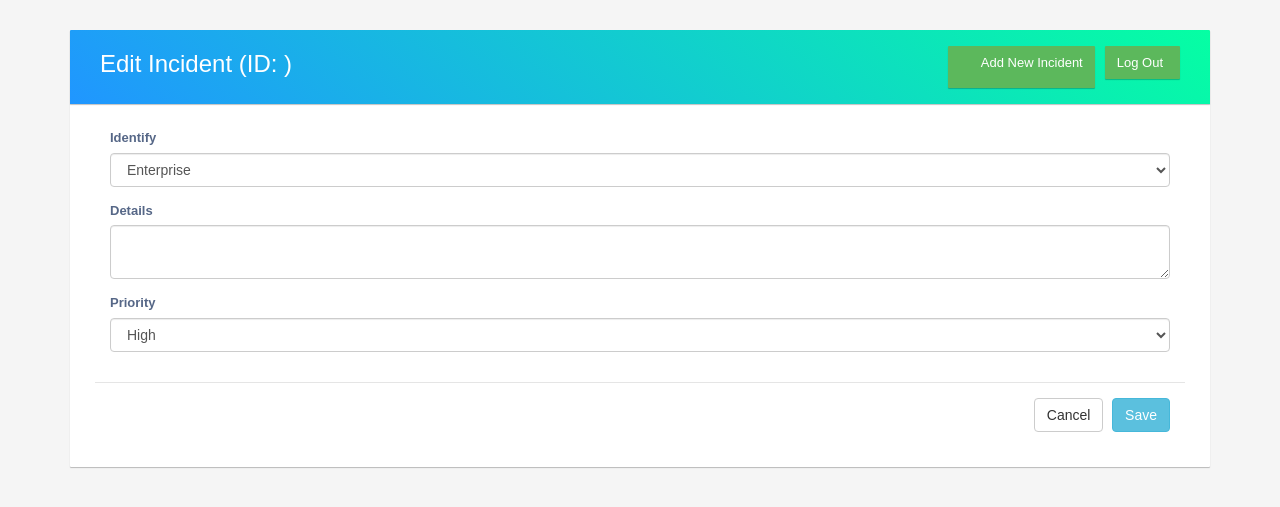
Repository: me-rohit-harsh/incident-management-system
Page: http://localhost/incedentList
These files come from the project's save history. The page is drawn as it stood at one moment and after the next save; the edit follows.
The browser window is 1280 px wide. The pictures show the whole page.
Some web fonts or font styles are not loaded; a fallback is used. The page is this project's Thymeleaf template; nobody is signed in. The template is opened directly, without the code that normally fills it, so the values that code supplies are empty.

Above is the page before, as saved 2024-05-05 08:43:19.

### incident/src/main/resources/templates/incedentList.html
<!DOCTYPE html>
<html lang="en">

<head>
<meta charset="utf-8" />
<meta http-equiv="X-UA-Compatible" content="IE=edge" />
<meta name="viewport" content="width=device-width, initial-scale=1" />
<title>Incidents Dashboard</title>
<link rel="stylesheet"
	href="https://fonts.googleapis.com/css?family=Roboto|Varela+Round" />
<link rel="stylesheet"
	href="https://fonts.googleapis.com/icon?family=Material+Icons" />
<link rel="stylesheet"
	href="https://maxcdn.bootstrapcdn.com/font-awesome/4.7.0/css/font-awesome.min.css" />
<link rel="stylesheet"
	href="https://maxcdn.bootstrapcdn.com/bootstrap/3.3.7/css/bootstrap.min.css" />
<script
	src="https://ajax.googleapis.com/ajax/libs/jquery/1.12.4/jquery.min.js"></script>
<script
	src="https://maxcdn.bootstrapcdn.com/bootstrap/3.3.7/js/bootstrap.min.js"></script>
<link th:href="@{/css/style.css}" rel="stylesheet">


</head>

<body>
	<div class="container">
		<div th:if="${message}" class="alert" th:classappend="${alertClass}">
			<p th:text="${message}"></p>
		</div>
		<div class="table-wrapper">
			<div class="table-title">
				<div class="row">
					<div class="col-sm-6">
						<h2>
							Edit Incident (ID: <b ></b>)
						</h2>
					</div>
					<div class="col-sm-6">
						<form th:action="@{/logout}" method="post">
							<button type="submit" class="btn btn-success">
								<i class="fa-solid fa-right-from-bracket"></i> <span>Log
									Out</span>
							</button>
						</form>

						<a href="#addEmployeeModal" class="btn btn-success"
							data-toggle="modal"><i class="material-icons">&#xE147;</i> <span>Add
								New Incident</span></a>

					</div>
				</div>
			</div>
			<!-- Edit Modal HTML -->

			<form th:action="@{/editIncident}" th:object="${incident}"
				method="post">
				<!-- <div class="modal-header">
					<h4 class="modal-title">

					</h4>
				</div> -->
				<div class="modal-body">
					<input type="hidden" name="id" />
					<div class="form-group">
						<label>Identify</label> <select class="form-control"
								id="identity" name="identify">
								<option value="Enterprise">Enterprise</option>
								<option value="Government">Government</option>
							</select>
					</div>
					<div class="form-group">
						<label>Details</label>
						<textarea class="form-control" name="details" required
						></textarea>
					</div>
					<div class="form-group">
						<label>Priority</label> <select class="form-control"
							name="priority">
							<option value="High">High</option>
							<option value="Medium">Medium</option>
							<option value="Low">Low</option>
						</select>
					</div>
				</div>
				<div class="modal-footer">
					<button type="button" class="btn btn-default" data-dismiss="modal">Cancel</button>
					<button type="submit" class="btn btn-info">Save</button>
				</div>
			</form>






		</div>
	</div>
	<!-- Edit Modal HTML -->
	<div id="addEmployeeModal" class="modal fade">
		<div class="modal-dialog">
			<div class="modal-content">
				<form th:action="@{/addIncident}" th:object="${incident}"
					method="post">
					<div class="modal-header">
						<h4 class="modal-title">Add Incidents</h4>
						<button type="button" class="close" data-dismiss="modal"
							aria-hidden="true">&times;</button>
					</div>
					<div class="modal-body">
						<div class="form-group">
							<label>Details</label>
							<textarea class="form-control" required name="details"></textarea>
						</div>
						<div class="form-group">
							<label>Identify</label> <select class="form-control"
								id="identity" name="identify">
								<option value="Enterprise">Enterprise</option>
								<option value="Government">Government</option>
							</select>
						</div>
						<div class="form-group">
							<label>Priority</label> <select class="form-control"
								id="identity" name="priority">
								<option value="High">High</option>
								<option value="Medium">Medium</option>
								<option value="Low">Low</option>
							</select>
						</div>

					</div>
					<div class="modal-footer">
						<input type="button" class="btn btn-default" data-dismiss="modal"
							value="Cancel" /> <input type="submit" class="btn btn-success"
							value="Add" />
					</div>
				</form>
			</div>
		</div>
	</div>

</body>

</html>

### incident/src/main/resources/static/css/style.css


        body {
            color: #566787;
            background: #f5f5f5;
            font-family: "Varela Round", sans-serif;
            font-size: 13px;
        }

        .table-wrapper {
            background: #fff;
            padding: 20px 25px;
            margin: 30px 0;
            border-radius: 1px;
            box-shadow: 0 1px 1px rgba(0, 0, 0, 0.247);
        }

        .table-title {
            padding-bottom: 15px;
            background: linear-gradient(40deg, #2096ff, #05ffa3) !important;
            color: #fff;
            padding: 16px 30px;
            margin: -20px -25px 10px;
            border-radius: 1px 1px 0 0;
            box-shadow: 0 1px 1px rgba(0, 0, 0, 0.247);
        }

        .table-title h2 {
            margin: 5px 0 0;
            font-size: 24px;
        }

        .table-title .btn-group {
            float: right;
        }

        .table-title .btn {
            color: #fff;
            float: right;
            font-size: 13px;
            border: none;
            min-width: 50px;
            border-radius: 1px;
            border: none;
            outline: none !important;
            margin-left: 10px;
            box-shadow: 0 1px 1px rgba(0, 0, 0, 0.247);
        }

        .table-title .btn i {
            float: left;
            font-size: 21px;
            margin-right: 5px;
        }

        .table-title .btn span {
            float: left;
            margin-top: 2px;
        }

        table.table tr th,
        table.table tr td {
            border-color: #e9e9e9;
            padding: 12px 15px;
            vertical-align: middle;
        }

        table.table tr th:first-child {
            width: 60px;
        }

        table.table tr th:last-child {
            width: 100px;
        }

        table.table-striped tbody tr:nth-of-type(odd) {
            background-color: #fcfcfc;
        }

        table.table-striped.table-hover tbody tr:hover {
            background: #f5f5f5;
        }

        table.table th i {
            font-size: 13px;
            margin: 0 5px;
            cursor: pointer;
        }

        table.table td:last-child i {
            opacity: 0.9;
            font-size: 22px;
            margin: 0 5px;
        }

        table.table td a {
            font-weight: bold;
            color: #566787;
            display: inline-block;
            text-decoration: none;
            outline: none !important;
        }

        table.table td a:hover {
            color: #2196f3;
        }

        table.table td a.edit {
            color: #ffc107;
        }

        table.table td a.delete {
            color: #f44336;
        }

        table.table td i {
            font-size: 19px;
        }

        table.table .avatar {
            border-radius: 1px;
            vertical-align: middle;
            margin-right: 10px;
        }

        .pagination {
            float: right;
            margin: 0 0 5px;
        }

        .pagination li a {
            border: none;
            font-size: 13px;
            min-width: 30px;
            min-height: 30px;
            color: #999;
            margin: 0 2px;
            line-height: 30px;
            border-radius: 1px !important;
            text-align: center;
            padding: 0 6px;
        }

        .pagination li a:hover {
            color: #666;
        }

        .pagination li.active a,
        .pagination li.active a.page-link {
            background: #03a9f4;
        }

        .pagination li.active a:hover {
            background: #0397d6;
        }

        .pagination li.disabled i {
            color: #ccc;
        }

        .pagination li i {
            font-size: 16px;
            padding-top: 6px;
        }

        .hint-text {
            float: left;
            margin-top: 10px;
            font-size: 13px;
        }

        /* Custom checkbox */
        .custom-checkbox {
            position: relative;
        }

        .custom-checkbox input[type="checkbox"] {
            opacity: 0;
            position: absolute;
            margin: 5px 0 0 3px;
            z-index: 9;
        }

        .custom-checkbox label:before {
            width: 18px;
            height: 18px;
        }

        .custom-checkbox label:before {
            content: "";
            margin-right: 10px;
            display: inline-block;
            vertical-align: text-top;
            background: white;
            border: 1px solid #bbb;
            border-radius: 1px;
            box-sizing: border-box;
            z-index: 2;
        }

        .custom-checkbox input[type="checkbox"]:checked+label:after {
            content: "";
            position: absolute;
            left: 6px;
            top: 3px;
            width: 6px;
            height: 11px;
            border: solid #000;
            border-width: 0 3px 3px 0;
            transform: inherit;
            z-index: 3;
            transform: rotateZ(45deg);
        }

        .custom-checkbox input[type="checkbox"]:checked+label:before {
            border-color: #03a9f4;
            background: #03a9f4;
        }

        .custom-checkbox input[type="checkbox"]:checked+label:after {
            border-color: #fff;
        }

        .custom-checkbox input[type="checkbox"]:disabled+label:before {
            color: #b8b8b8;
            cursor: auto;
            box-shadow: none;
            background: #ddd;
        }

        /* Modal styles */
        .modal .modal-dialog {
            max-width: 400px;
        }

        .modal .modal-header,
        .modal .modal-body,
        .modal .modal-footer {
            padding: 20px 30px;
        }

        .modal .modal-content {
            border-radius: 1px;
        }

        .modal .modal-footer {
            background: #ecf0f1;
            border-radius: 0 0 1px 1px;
        }

        .modal .modal-title {
            display: inline-block;
        }

        .modal .form-control {
            border-radius: 1px;
            box-shadow: none;
            border-color: #dddddd;
        }

        .modal textarea.form-control {
            resize: vertical;
        }

        .modal .btn {
            border-radius: 1px;
            min-width: 100px;
        }

        .modal form label {
            font-weight: normal;
        }

After the next save:
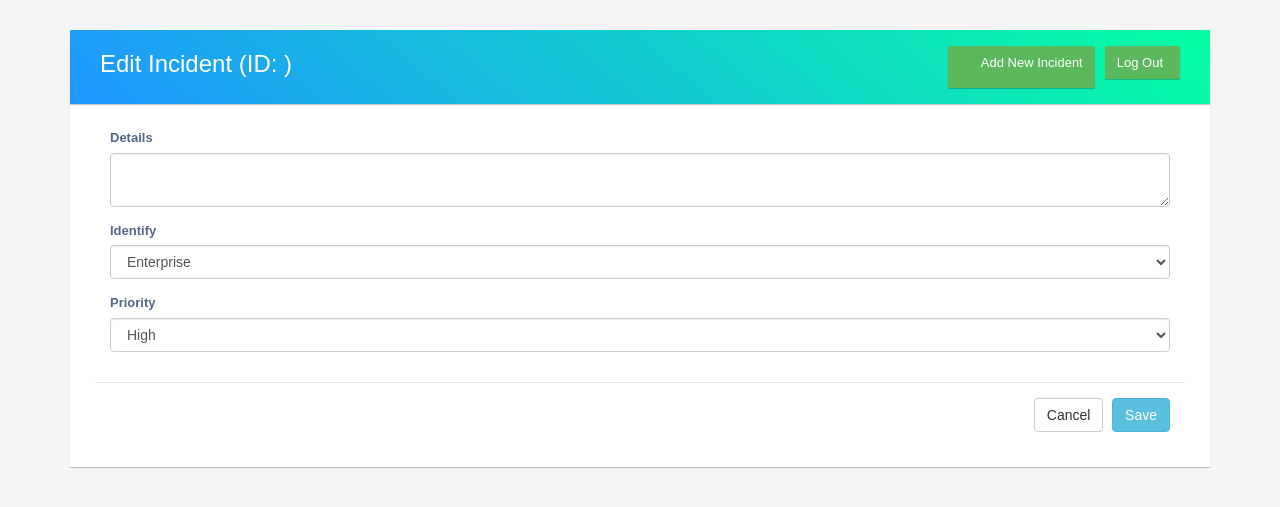
Saved 10 s later.
--- a/incident/src/main/resources/templates/incedentList.html
+++ b/incident/src/main/resources/templates/incedentList.html
@@ -63,17 +63,18 @@
 				<div class="modal-body">
 					<input type="hidden" name="id" />
 					<div class="form-group">
+						<label>Details</label>
+						<textarea class="form-control" name="details" required
+						></textarea>
+					</div>
+					<div class="form-group">
 						<label>Identify</label> <select class="form-control"
 								id="identity" name="identify">
 								<option value="Enterprise">Enterprise</option>
 								<option value="Government">Government</option>
 							</select>
 					</div>
-					<div class="form-group">
-						<label>Details</label>
-						<textarea class="form-control" name="details" required
-						></textarea>
-					</div>
+
 					<div class="form-group">
 						<label>Priority</label> <select class="form-control"
 							name="priority">
